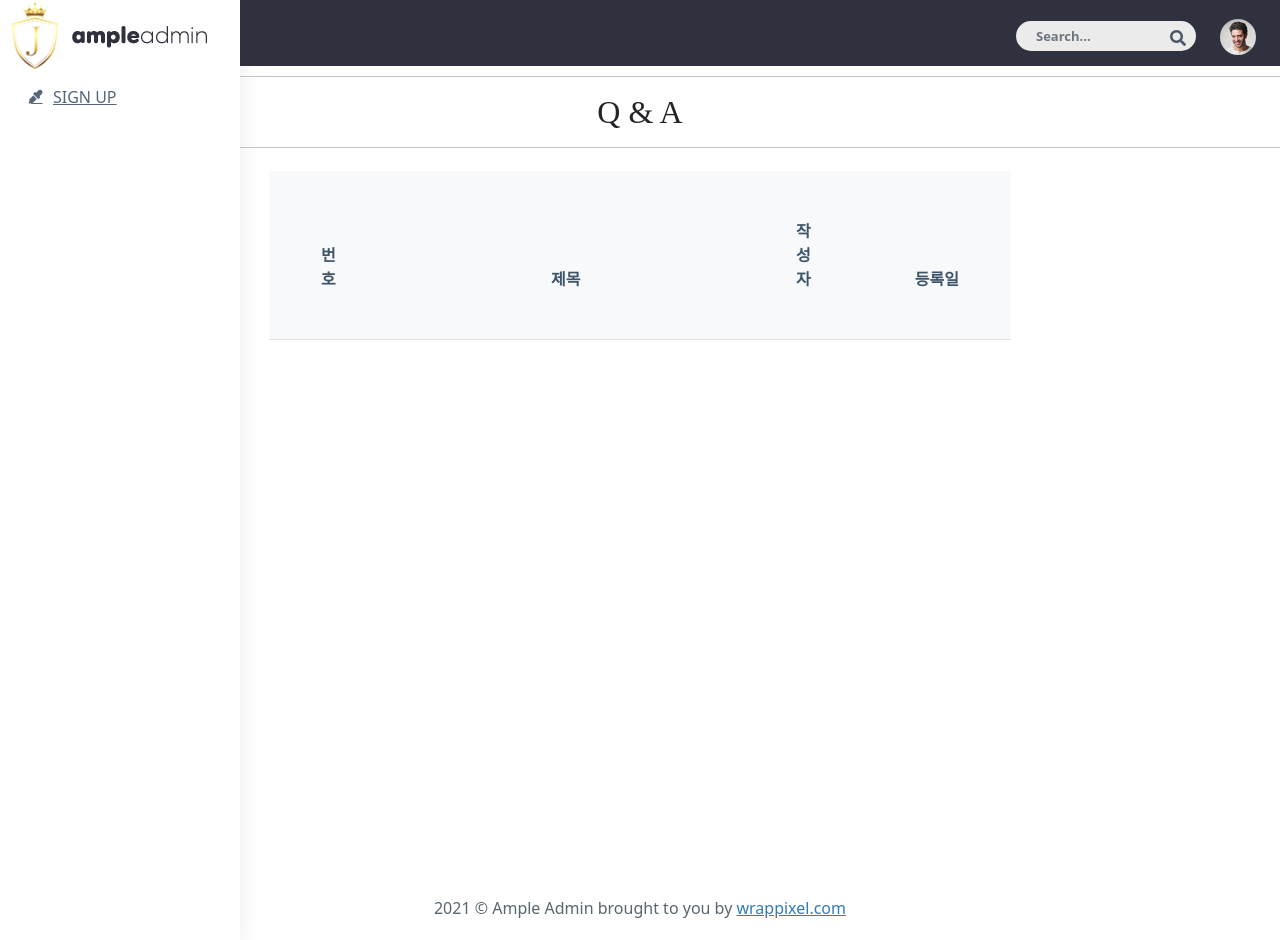
Repository: chopilyeon/HanaOpenBanking
Page: http://localhost/OpenBanking/jsp/board/boardList.jsp
These files come from the project's save history. The page is drawn as it stood at one moment and after the next save; the edit follows.
The browser window is 1280 px wide. The pictures show the whole page.
Some web fonts or font styles are not loaded; a fallback is used. The page is served by Tomcat 9. Other server files are loaded and not shown.

Above is the page before, as saved 2022-07-17 05:49:33.
Console error: TypeError: Cannot read properties of null (reading 'querySelector')

### OpenBanking/src/main/webapp/jsp/board/boardList.jsp
<%@ page language="java" contentType="text/html; charset=UTF-8"
    pageEncoding="UTF-8"%>
<!DOCTYPE html>
<html>
<head>
<meta charset="utf-8">
    <meta http-equiv="X-UA-Compatible" content="IE=edge">
    <!-- Tell the browser to be responsive to screen width -->
    <meta name="viewport" content="width=device-width, initial-scale=1">
    <meta name="keywords"
        content="wrappixel, admin dashboard, html css dashboard, web dashboard, bootstrap 5 admin, bootstrap 5, css3 dashboard, bootstrap 5 dashboard, Ample lite admin bootstrap 5 dashboard, frontend, responsive bootstrap 5 admin template, Ample admin lite dashboard bootstrap 5 dashboard template">
    <meta name="description"
        content="Ample Admin Lite is powerful and clean admin dashboard template, inpired from Bootstrap Framework">
    <meta name="robots" content="noindex,nofollow">
    <title>J investment bank</title>
    <link rel="canonical" href="https://www.wrappixel.com/templates/ample-admin-lite/" />
    <!-- Favicon icon -->
    <link rel="icon" type="image/png" sizes="16x16" href="/OpenBanking/resources/images/favicon.png">
    <!-- Custom CSS -->
    <link href="/OpenBanking/resources/css/chartist.min.css" rel="stylesheet">
    <link rel="stylesheet" href="/OpenBanking/resources/css/chartist-plugin-tooltip.css">
    <!-- Custom CSS -->
    <link href="/OpenBanking/resources/css/style.min.css" rel="stylesheet">
    <link href="/OpenBanking/resources/css/onlyForMe.css" rel="stylesheet">
    <!-- CSS only -->
    <link href="https://cdn.jsdelivr.net/npm/bootstrap@5.2.0-beta1/dist/css/bootstrap.min.css" rel="stylesheet" integrity="sha384-0evHe/X+R7YkIZDRvuzKMRqM+OrBnVFBL6DOitfPri4tjfHxaWutUpFmBp4vmVor" crossorigin="anonymous">



<!-- JavaScript Bundle with Popper -->
<script src="https://cdn.jsdelivr.net/npm/bootstrap@5.2.0-beta1/dist/js/bootstrap.bundle.min.js" integrity="sha384-pprn3073KE6tl6bjs2QrFaJGz5/SUsLqktiwsUTF55Jfv3qYSDhgCecCxMW52nD2" crossorigin="anonymous"></script>

 <!-- FONT -->
<link rel="preconnect" href="https://fonts.googleapis.com">
<link rel="preconnect" href="https://fonts.gstatic.com" crossorigin>
<link href="https://fonts.googleapis.com/css2?family=Libre+Baskerville:ital@1&display=swap" rel="stylesheet">

</head>
<body>


	<jsp:include page="/jsp/include/topAndSide.jsp" />



	<section>
	<hr>
		<h2 class="text-center">Q & A </h2>
	<hr>
	<div class="d-flex justify-content-center">
		<table style="width: 60%" class="table btn float-left">
			  	<thead>
					<tr class="table-light p-5">
						<th width=16%" class="p-5">번호</th>
						<th class="p-5">제목</th>
						<th width="16%" class="p-5">작성자</th>
						<th width="20%" class="p-5">등록일</th>
					</tr>
			  </thead>



		</table>
	</div>









	</section>










	<jsp:include page="/jsp/include/footer.jsp" />









 <script src="/OpenBanking/resources/js/jquery.min.js"></script>
    <!-- Bootstrap tether Core JavaScript -->
    <script src="/OpenBanking/resources/js/bootstrap.bundle.min.js"></script>
    <script src="/OpenBanking/resources/js/app-style-switcher.js"></script>
    <script src="/OpenBanking/resources/js/jquery.sparkline.min.js"></script>
    <!--Wave Effects -->
    <script src="/OpenBanking/resources/js/waves.js"></script>
    <!--Menu sidebar -->
    <script src="/OpenBanking/resources/js/sidebarmenu.js"></script>
    <!--Custom JavaScript -->
    <script src="/OpenBanking/resources/js/custom.js"></script>
    <!--This page JavaScript -->
    <!--chartis chart-->
    <script src="/OpenBanking/resources/js/chartist.min.js"></script>
    <script src="/OpenBanking/resources/js/chartist-plugin-tooltip.min.js"></script>
    <script src="/OpenBanking/resources/js/dashboard1.js"></script>




</body>
</html>

### OpenBanking/src/main/webapp/jsp/include/topAndSide.jsp
<%@ page language="java" contentType="text/html; charset=UTF-8"
    pageEncoding="UTF-8"%>
<%@ taglib prefix="c" uri="http://java.sun.com/jsp/jstl/core" %>

  <!-- ============================================================== -->
    <!-- Preloader - style you can find in spinners.css -->
    <!-- ============================================================== -->
    <div class="preloader">
        <div class="lds-ripple">
            <div class="lds-pos"></div>
            <div class="lds-pos"></div>
        </div>
    </div>
    <!-- ============================================================== -->
    <!-- Main wrapper - style you can find in pages.scss -->
    <!-- ============================================================== -->
    <div id="main-wrapper" data-layout="vertical" data-navbarbg="skin5" data-sidebartype="full"
        data-sidebar-position="absolute" data-header-position="absolute" data-boxed-layout="full">
        <!-- ============================================================== -->
        <!-- Topbar header - style you can find in pages.scss -->
        <!-- ============================================================== -->
        <header class="topbar" data-navbarbg="skin5">
            <nav class="navbar top-navbar navbar-expand-md navbar-dark">
                <div class="navbar-header" data-logobg="skin6">
                    <!-- ============================================================== -->
                    <!-- Logo -->
                    <!-- ============================================================== -->
                    <a class="navbar-brand" href="${pageContext.request.contextPath}/welcome.do">
                        <!-- Logo icon -->
                        <b class="logo-icon">
                            <!-- Dark Logo icon -->
                            <img src="/OpenBanking/resources/images/J_LOGO.png" alt="homepage" width="50" class="rounded mx-auto d-block">
                        </b>
                        <!--End Logo icon -->
                        <!-- Logo text -->
                        <span class="logo-text">
                            <!-- dark Logo text -->
                            <img src="/OpenBanking/resources/images/logo-text.png" alt="homepage" />
                        </span>
                    </a>
                    <!-- ============================================================== -->
                    <!-- End Logo -->
                    <!-- ============================================================== -->
                    <!-- ============================================================== -->
                    <!-- toggle and nav items -->
                    <!-- ============================================================== -->
                    <a class="nav-toggler waves-effect waves-light text-dark d-block d-md-none"
                        href="javascript:void(0)"><i class="ti-menu ti-close"></i></a>
                </div>
                <!-- ============================================================== -->
                <!-- End Logo -->
                <!-- ============================================================== -->
                <div class="navbar-collapse collapse" id="navbarSupportedContent" data-navbarbg="skin5">

                    <!-- ============================================================== -->
                    <!-- Right side toggle and nav items -->
                    <!-- ============================================================== -->
                    <ul class="navbar-nav ms-auto d-flex align-items-center">

                        <!-- ============================================================== -->
                        <!-- Search -->
                        <!-- ============================================================== -->
                        <li class=" in">
                            <form role="search" class="app-search d-none d-md-block me-3">
                                <input type="text" placeholder="Search..." class="form-control mt-0">
                                <a href="#" class="active">
                                    <i class="fa fa-search"></i>
                                </a>
                            </form>
                        </li>
                        <!-- ============================================================== -->
                        <!-- User profile and search -->
                        <!-- ============================================================== -->
                        <li>
                            <a class="profile-pic" href="#">
                                <img src="/OpenBanking/resources/images/users/varun.jpg" alt="user-img" width="36"
                                    class="img-circle"><span class="text-white font-medium f-3">${userVO.id}</span></a>
                        </li>

                    <c:if test="${ not empty userVO }">
                        <li>
                            <a href="${pageContext.request.contextPath}/logout.do">
                              <button type="button" class="btn btn-primary btn-sm m-2">LOGOUT</button>
                            </a>
                        </li>

                	 </c:if>
                        <!-- ============================================================== -->
                        <!-- User profile and search -->
                        <!-- ============================================================== -->
                    </ul>
                </div>
            </nav>
        </header>
        <!-- ============================================================== -->
        <!-- End Topbar header -->
        <!-- ============================================================== -->
        <!-- ============================================================== -->
        <!-- Left Sidebar - style you can find in sidebar.scss  -->
        <!-- ============================================================== -->
        <aside class="left-sidebar" data-sidebarbg="skin6">
            <!-- Sidebar scroll-->
            <div class="scroll-sidebar">
                <!-- Sidebar navigation-->

                <nav class="sidebar-nav navbar">
                    <ul id="sidebarnav">
                        <!-- User Profile-->
              	 		<c:choose>
							<c:when test="${ not empty userVO }">
                        <li class="sidebar-item pt-2">
                            <a class="sidebar-link waves-effect waves-dark sidebar-link" href="${pageContext.request.contextPath}/Member/DashBoard.do"
                                aria-expanded="false">
                                <i class="far fa-clock" aria-hidden="true"></i>
                                <span class="hide-menu">ASSET STATUS</span>
                            </a>
                        </li>
                        <li class="sidebar-item">
                            <a class="sidebar-link waves-effect waves-dark sidebar-link" href="${pageContext.request.contextPath}/Member/checkInfo.do"
                                aria-expanded="false">
                                <i class="fa fa-user" aria-hidden="true"></i>
                                <span class="hide-menu">MEMBER INFO</span>
                            </a>
                        </li>
                        <li class="sidebar-item">
                            <a class="sidebar-link waves-effect waves-dark sidebar-link" href="#"
                                aria-expanded="false">
                                <i class="fa fa-table" aria-hidden="true"></i>
                                <span class="hide-menu">RECENT TRANS</span>
                            </a>
                        </li>


                         <li class="sidebar-item">
                            <a class="sidebar-link waves-effect waves-dark sidebar-link" href="${pageContext.request.contextPath}/bank/openBank.do"
                                aria-expanded="false">
                                <i class="fa fa-globe" aria-hidden="true"></i>
                                <span class="hide-menu">BANK SERVICE</span>
                            </a>
                        </li>




                        <li class="sidebar-item">
                            <a class="sidebar-link waves-effect waves-dark sidebar-link" href="#"
                                aria-expanded="false">
                                <i class="fas fa-eye-dropper" aria-hidden="true"></i>
                                <span class="hide-menu">Q&A</span>
                            </a>
                        </li>
                        <li class="sidebar-item">
                            <a class="sidebar-link waves-effect waves-dark sidebar-link" href="${pageContext.request.contextPath}/map.do"
                                aria-expanded="false">
                                <i class="fa fa-columns" aria-hidden="true"></i>
                                <span class="hide-menu">MAP</span>
                            </a>
                        </li>


    					 </c:when>
          					<c:otherwise>

                        <li class="sidebar-item">
                            <a class="sidebar-link waves-effect waves-dark sidebar-link" href="${pageContext.request.contextPath}/login.do"
                                aria-expanded="false">
                                <i class=" fas fa-eye-dropper" aria-hidden="true"></i>
                                <span class="hide-menu">SIGN UP</span>
                            </a>
                        </li>
              			</c:otherwise>
         			</c:choose>

                    </ul>

                </nav>
                <!-- End Sidebar navigation -->
            </div>
            <!-- End Sidebar scroll-->
        </aside>
        <!-- ============================================================== -->
        <!-- End Left Sidebar - style you can find in sidebar.scss  -->
        <!-- ============================================================== -->
        <!-- ============================================================== -->
        <!-- Page wrapper  -->
        <!-- ============================================================== -->

### OpenBanking/src/main/webapp/jsp/include/footer.jsp
<%@ page language="java" contentType="text/html; charset=UTF-8"
    pageEncoding="UTF-8"%>
  <footer class="footer text-center">
  	2021 © Ample Admin brought to you by <a href="#">wrappixel.com</a>
  </footer>

### OpenBanking/src/main/webapp/resources/css/onlyForMe.css
@charset "UTF-8";

body,h2,h3,h4,h5{
	font-family: 'Libre Baskerville', serif;
}

.btn btn-primary{

	font-family: 'Libre Baskerville', serif;

}

h3,p{

	font-family: 'Libre Baskerville', serif;

}





.onlyfor{
	background:url('../images/city.jpg');
	background-size:cover;

}




.onlyfor1{
	background:url('../images/river.jpg');
	background-size:cover;

}




section{
	min-height:800px;

}

.carousel-item{
	height:900px;
}



.carousel-image-1{
	background:url('/OpenBanking/resources/images/city1.jpg');
	background-size:cover;
}

.carousel-image-2{
		background:url('/OpenBanking/resources/images/picture2.jpg');
		background-size:cover;
}

.carousel-image-3{

		background:url('/OpenBanking/resources/images/coffee.jpg');
		background-size:cover;
}



.highcharts-figure,
.highcharts-data-table table {
  min-width: 360px;
  max-width: 800px;
  margin: 1em auto;
}

.highcharts-data-table table {
  font-family: Verdana, sans-serif;
  border-collapse: collapse;
  border: 1px solid #ebebeb;
  margin: 10px auto;
  text-align: center;
  width: 100%;
  max-width: 500px;
}

.highcharts-data-table caption {
  padding: 1em 0;
  font-size: 1.2em;
  color: #555;
}

.highcharts-data-table th {
  font-weight: 600;
  padding: 0.5em;
}

.highcharts-data-table td,
.highcharts-data-table th,
.highcharts-data-table caption {
  padding: 0.5em;
}

.highcharts-data-table thead tr,
.highcharts-data-table tr:nth-child(even) {
  background: #f8f8f8;
}

.highcharts-data-table tr:hover {
  background: #f1f7ff;
}

### OpenBanking/src/main/webapp/resources/js/sidebarmenu.js
/*
Template Name: Admin Template
Author: Wrappixel

File: js
*/
// ==============================================================
// Auto select left navbar
// ==============================================================
$(function() {
    "use strict";
     var url = window.location + "";
        var path = url.replace(window.location.protocol + "//" + window.location.host + "/", "");
        var element = $('ul#sidebarnav a').filter(function() {
            return this.href === url || this.href === path;// || url.href.indexOf(this.href) === 0;
        });
        element.parentsUntil(".sidebar-nav").each(function (index)
        {
            if($(this).is("li") && $(this).children("a").length !== 0)
            {
                $(this).children("a").addClass("active");
                $(this).parent("ul#sidebarnav").length === 0
                    ? $(this).addClass("active")
                    : $(this).addClass("selected");
            }
            else if(!$(this).is("ul") && $(this).children("a").length === 0)
            {
                $(this).addClass("selected");

            }
            else if($(this).is("ul")){
                $(this).addClass('in');
            }

        });

    element.addClass("active");
    $('#sidebarnav a').on('click', function (e) {

            if (!$(this).hasClass("active")) {
                // hide any open menus and remove all other classes
                $("ul", $(this).parents("ul:first")).removeClass("in");
                $("a", $(this).parents("ul:first")).removeClass("active");

                // open our new menu and add the open class
                $(this).next("ul").addClass("in");
                $(this).addClass("active");

            }
            else if ($(this).hasClass("active")) {
                $(this).removeClass("active");
                $(this).parents("ul:first").removeClass("active");
                $(this).next("ul").removeClass("in");
            }
    })
    $('#sidebarnav >li >a.has-arrow').on('click', function (e) {
        e.preventDefault();
    });

});

### OpenBanking/src/main/webapp/resources/js/custom.js
$(function() {
    "use strict";

    $(".preloader").fadeOut();
    // this is for close icon when navigation open in mobile view
    $(".nav-toggler").on('click', function() {
        $("#main-wrapper").toggleClass("show-sidebar");
        $(".nav-toggler i").toggleClass("ti-menu");
    });
    $(".search-box a, .search-box .app-search .srh-btn").on('click', function() {
        $(".app-search").toggle(200);
        $(".app-search input").focus();
    });

    // ==============================================================
    // Resize all elements
    // ==============================================================
    $("body, .page-wrapper").trigger("resize");
    $(".page-wrapper").delay(20).show();

    //****************************
    /* This is for the mini-sidebar if width is less then 1170*/
    //****************************
    var setsidebartype = function() {
        var width = (window.innerWidth > 0) ? window.innerWidth : this.screen.width;
        if (width < 1170) {
            $("#main-wrapper").attr("data-sidebartype", "mini-sidebar");
        } else {
            $("#main-wrapper").attr("data-sidebartype", "full");
        }
    };
    $(window).ready(setsidebartype);
    $(window).on("resize", setsidebartype);

});

### OpenBanking/src/main/webapp/resources/js/dashboard1.js
/*
Template Name: Admin Pro Admin
Author: Wrappixel
Email: niravjoshi87@gmail.com
File: js
*/
$(function () {
    "use strict";
    // ==============================================================
    // Newsletter
    // ==============================================================

    //ct-visits
    new Chartist.Line('#ct-visits', {
        labels: ['2008', '2009', '2010', '2011', '2012', '2013', '2014', '2015'],
        series: [
            [5, 2, 7, 4, 5, 3, 5, 4]
            , [2, 5, 2, 6, 2, 5, 2, 4]
        ]
    }, {
        top: 0,
        low: 1,
        showPoint: true,
        fullWidth: true,
        plugins: [
            Chartist.plugins.tooltip()
        ],
        axisY: {
            labelInterpolationFnc: function (value) {
                return (value / 1) + 'k';
            }
        },
        showArea: true
    });


    var chart = [chart];

    var sparklineLogin = function () {
        $('#sparklinedash').sparkline([0, 5, 6, 10, 9, 12, 4, 9], {
            type: 'bar',
            height: '30',
            barWidth: '4',
            resize: true,
            barSpacing: '5',
            barColor: '#7ace4c'
        });
        $('#sparklinedash2').sparkline([0, 5, 6, 10, 9, 12, 4, 9], {
            type: 'bar',
            height: '30',
            barWidth: '4',
            resize: true,
            barSpacing: '5',
            barColor: '#7460ee'
        });
        $('#sparklinedash3').sparkline([0, 5, 6, 10, 9, 12, 4, 9], {
            type: 'bar',
            height: '30',
            barWidth: '4',
            resize: true,
            barSpacing: '5',
            barColor: '#11a0f8'
        });
        $('#sparklinedash4').sparkline([0, 5, 6, 10, 9, 12, 4, 9], {
            type: 'bar',
            height: '30',
            barWidth: '4',
            resize: true,
            barSpacing: '5',
            barColor: '#f33155'
        });
    }
    var sparkResize;
    $(window).on("resize", function (e) {
        clearTimeout(sparkResize);
        sparkResize = setTimeout(sparklineLogin, 500);
    });
    sparklineLogin();
});

Loaded but not shown: OpenBanking/src/main/webapp/resources/css/chartist.min.css (library); OpenBanking/src/main/webapp/resources/css/chartist-plugin-tooltip.css (common file); OpenBanking/src/main/webapp/resources/css/style.min.css (library); OpenBanking/src/main/webapp/resources/css/icons/font-awesome/css/fontawesome-all.min.css (library); OpenBanking/src/main/webapp/resources/css/icons/themify-icons/themify-icons.css (common file); OpenBanking/src/main/webapp/resources/js/jquery.min.js (library); OpenBanking/src/main/webapp/resources/js/bootstrap.bundle.min.js (library); OpenBanking/src/main/webapp/resources/js/app-style-switcher.js (common file); OpenBanking/src/main/webapp/resources/js/jquery.sparkline.min.js (library); OpenBanking/src/main/webapp/resources/js/waves.js (library); OpenBanking/src/main/webapp/resources/js/chartist.min.js (library); OpenBanking/src/main/webapp/resources/js/chartist-plugin-tooltip.min.js (library)

After the next save:
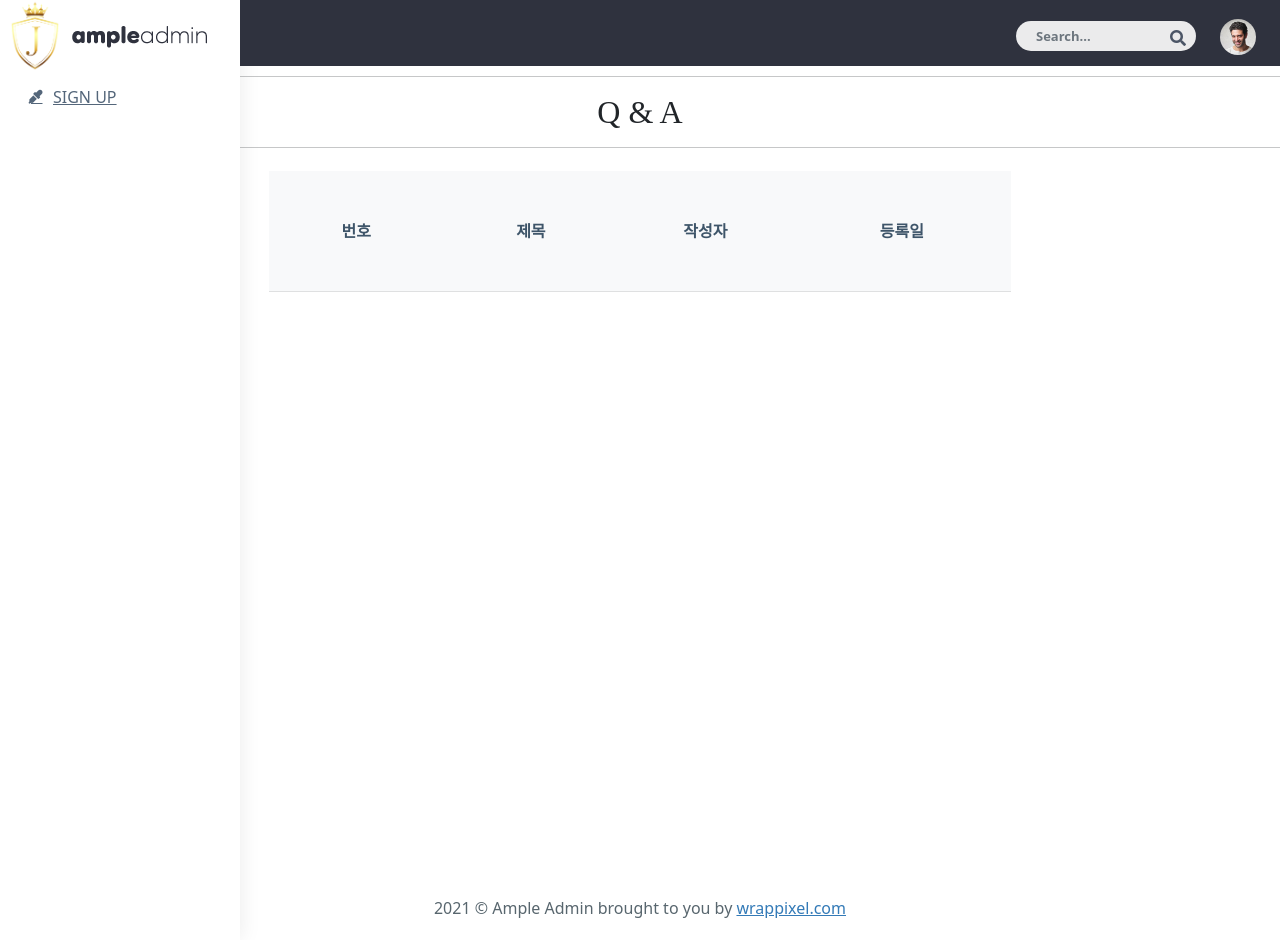
Saved 20 s later.
--- a/OpenBanking/src/main/webapp/jsp/board/boardList.jsp
+++ b/OpenBanking/src/main/webapp/jsp/board/boardList.jsp
@@ -52,7 +52,7 @@
 			  	<thead>
 					<tr class="table-light p-5">
 						<th width=16%" class="p-5">번호</th>
-						<th class="p-5">제목</th>
+						<th width="16%" class="p-5">제목</th>
 						<th width="16%" class="p-5">작성자</th>
 						<th width="20%" class="p-5">등록일</th>
 					</tr>
